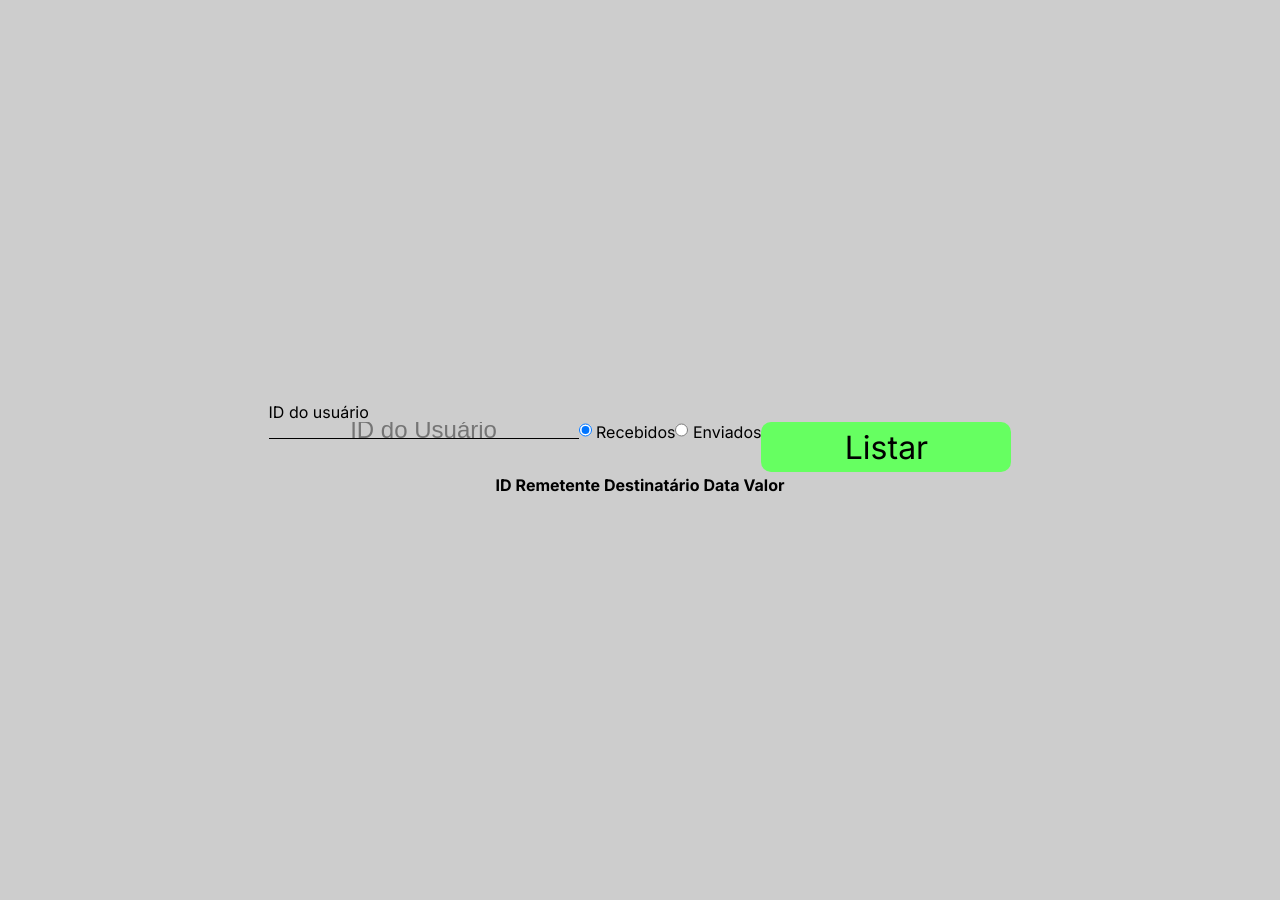
Repository: mateusilva8/tarefa-pix
Page: frontend/index.html
These files come from the project's save history. The page is drawn as it stood at one moment and after a run of saves; the edit follows.
The browser window is 1280 px wide. The pictures show the whole page.

Above is the page before, as saved 2023-10-22 14:49:18.

### frontend/index.html
<!DOCTYPE html>
<html lang="pt-BR">
<head>
  <meta charset="UTF-8">
  <meta name="viewport" content="width=device-width, initial-scale=1.0">
  <title>CRIE_TI PIX</title>
  <link rel="stylesheet" href="./css/index.css">
  <link rel="preconnect" href="https://fonts.googleapis.com">
  <link rel="preconnect" href="https://fonts.gstatic.com" crossorigin>
  <link href="https://fonts.googleapis.com/css2?family=Inter:wght@400;700&display=swap" rel="stylesheet">
</head>
<body>
  <div class="container">

    <div class="formulario">
      <form id="formulario">
        <label for="id">ID do usuário</label>
        <div class="formulario-body">
          <input class="idInput" type="number" placeholder="ID do Usuário" id="id"></input>
          <div class="formulario-select">
            <div class="form-check">
              <input class="form-check-input" type="radio" name="exampleRadios" id="exampleRadios1" value="received" checked>
              <label class="form-check-label" for="exampleRadios1">Recebidos</label>
            </div>

            <div class="form-check">
              <input class="form-check-input" type="radio" name="exampleRadios" id="exampleRadios2" value="sent">
              <label class="form-check-label" for="exampleRadios2">Enviados</label>
            </div>
            <button type="button" class="btn btn-success" id="botaoListar">Listar</button>
          </div>
        </div>
      </form>
    </div>

    <table class="table table-bordered">
      <thead>
        <tr>
          <th scope="col">ID</th>
          <th scope="col">Remetente</th>
          <th scope="col">Destinatário</th>
          <th scope="col">Data</th>
          <th scope="col">Valor</th>
        </tr>
      </thead>
      <tbody id="pix-list"></tbody>
    </table>
  </div>



  <script src="https://code.jquery.com/jquery-3.3.1.slim.min.js" integrity="sha384-q8i/X+965DzO0rT7abK41JStQIAqVgRVzpbzo5smXKp4YfRvH+8abtTE1Pi6jizo" crossorigin="anonymous"></script>
  <script src="https://cdnjs.cloudflare.com/ajax/libs/popper.js/1.14.3/umd/popper.min.js" integrity="sha384-ZMP7rVo3mIykV+2+9J3UJ46jBk0WLaUAdn689aCwoqbBJiSnjAK/l8WvCWPIPm49" crossorigin="anonymous"></script>
  <script src="./js/index.js"></script>
</body>
</html>

### frontend/css/index.css
body {
    margin: 0;
    padding: 0;
    font-family: 'Inter', sans-serif;
    background-color: #cdcdcd;
}


.container {
    display: flex;
    flex-direction: column;
    height: 700px;
    margin: 100px;
    justify-content: center;
    align-items: center;
}

.formulario {
    font-size: 1rem;
    display: flex;
    flex-direction: row;
    align-items: center;
}

.formulario-body {
    display: flex;
    flex-direction: row;
}

.formulario-select {
    display: flex;
    flex-direction: row;
}

input[type=number]::-webkit-inner-spin-button,
    input[type=number]::-webkit-outer-spin-button {
        -webkit-appearance: none;
        margin: 0;
    }

input {
    height: 1rem;
    margin: 0;
    padding: 0;
    border: none;
    border-bottom: 1px solid #000;
    outline: none;
    font-size: 1.5rem;
    text-align: center;
    background-color: #cdcdcd;

    &:focus {
        border-bottom: 2px solid #00f;
    }
}

.btn {
    width: 250px;
    height: 50px;
    font-size: 2rem;
    font-family: 'Inter';
    font-weight: 400;
    background-color: rgb(102, 255, 97);
    border: 0;
    border-radius: 10px;
}

### frontend/js/index.js
let userId = document.getElementById('id');
let type = document.querySelector('#form-check-input:checked');

let form = document.getElementById('formulario');

let pixList = document.getElementById("pix-list");

async function getPixUsuario() {
    let payload = {
        userId: userId.value,
        type: form.exampleRadios.value,
      };

      console.log(JSON.stringify(payload));

      let resposta = await fetch(`http://localhost:3000/pix-api/pix/usuarios`, {
        method: 'POST',
        headers: {
            "Content-type" : 'application/json',
            "Acccept": 'appplication/json'
        },
        body: JSON.stringify(payload)
      });

      let listaPix = await resposta.json();

      console.log(listaPix);

    for (let pix of listaPix) {

      let tr = document.createElement("tr");
      let tdId = document.createElement("th");
      let tdRemetente = document.createElement("td");
      let tdDestinatario = document.createElement("td");
      let tdData = document.createElement("td");
      let tdValor = document.createElement("td");

      let id = pix.id;
      let remetente = pix.sender.name;
      let destinatario = pix.recipient.name;
      let data = pix.createdAt;
      let valor = `R$ ${pix.value}`;

      let dataHora = new Date(data);
      let dia = adicionarZero(dataHora.getDate());
      let mes = adicionarZero(dataHora.getMonth());
      let ano = adicionarZero(dataHora.getFullYear());
      let hora = `${adicionarZero(dataHora.getHours())}:${adicionarZero(dataHora.getMinutes())}`;

      let dataFormatada = `${dia}/${mes}/${ano} às ${hora}H`

      tdId.innerText = id;
      tdRemetente.innerText = remetente;
      tdDestinatario.innerText = destinatario;
      tdData.innerText = dataFormatada;
      tdValor.innerText = valor.replace('.',',');

      tr.appendChild(tdId);
      tr.appendChild(tdRemetente);
      tr.appendChild(tdDestinatario);
      tr.appendChild(tdData);
      tr.appendChild(tdValor);
      pixList.appendChild(tr);
    }
  }

  function adicionarZero (numero) {
    if(String(numero).length == 1) {
        numero = '0' + numero;
      }

    return numero;
  }

  let botaoListar = document.getElementById('botaoListar');
  botaoListar.addEventListener('click', () => {
    pixList.innerHTML = '';
    getPixUsuario();
  })

After the next 2 saves:
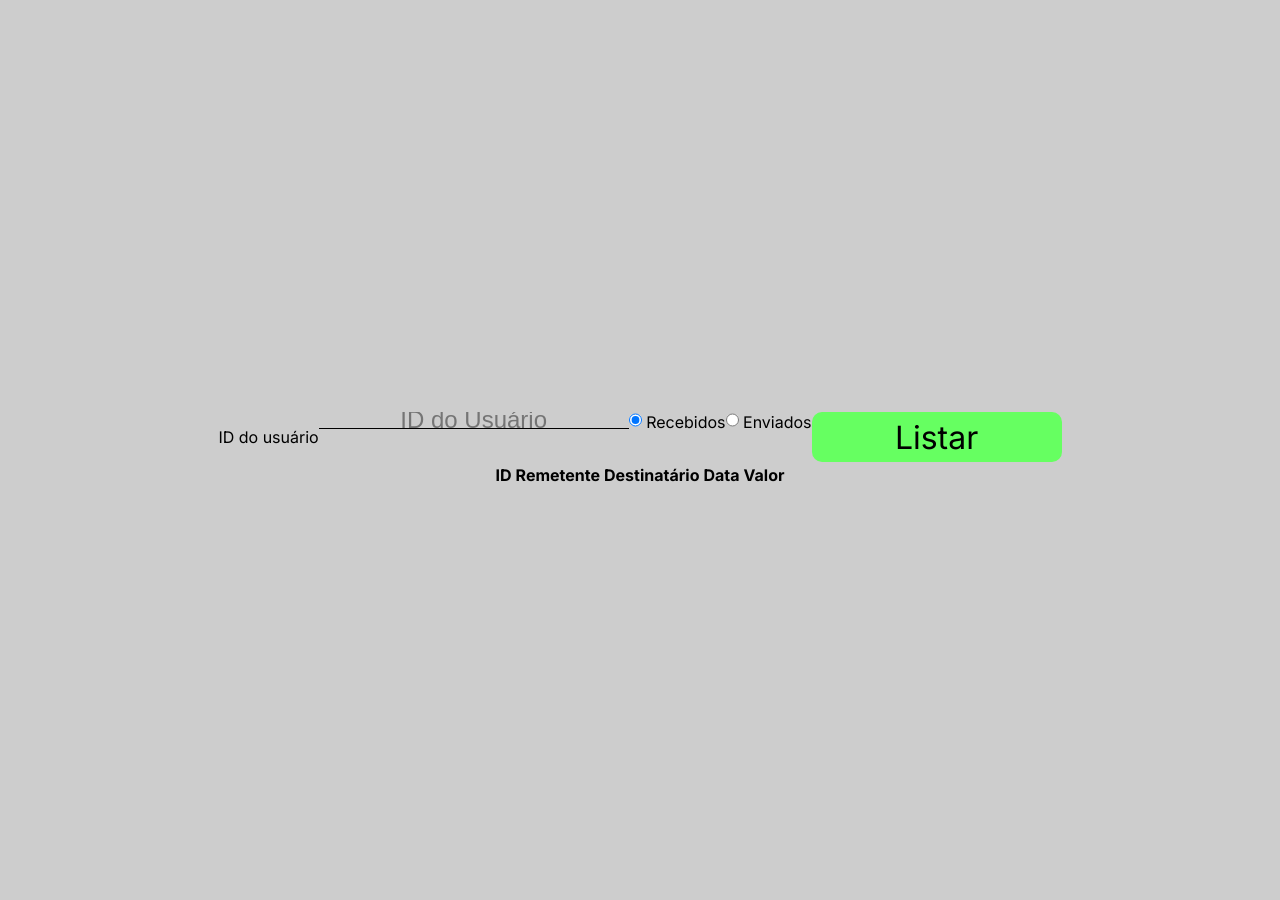
The 2 saves are shown as one change because they came seconds apart.
The last was saved 35 s later.
--- a/frontend/css/index.css
+++ b/frontend/css/index.css
@@ -15,7 +15,7 @@
     align-items: center;
 }
 
-.formulario {
+form {
     font-size: 1rem;
     display: flex;
     flex-direction: row;

After the 2 saves that followed:
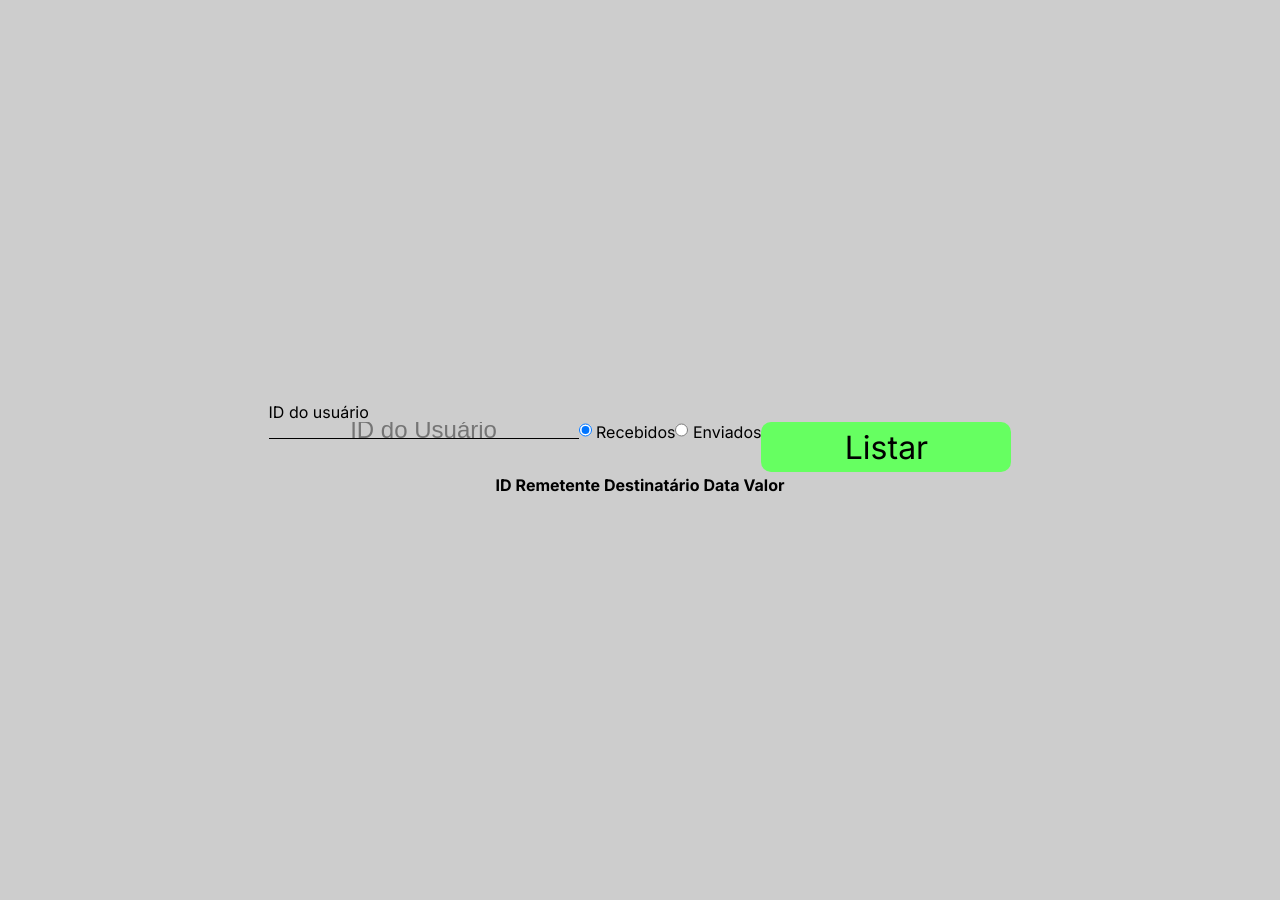
The 2 saves are shown as one change because they came seconds apart.
The last was saved 45 s later.
--- a/frontend/css/index.css
+++ b/frontend/css/index.css
@@ -15,7 +15,7 @@
     align-items: center;
 }
 
-form {
+.formulario {
     font-size: 1rem;
     display: flex;
     flex-direction: row;
